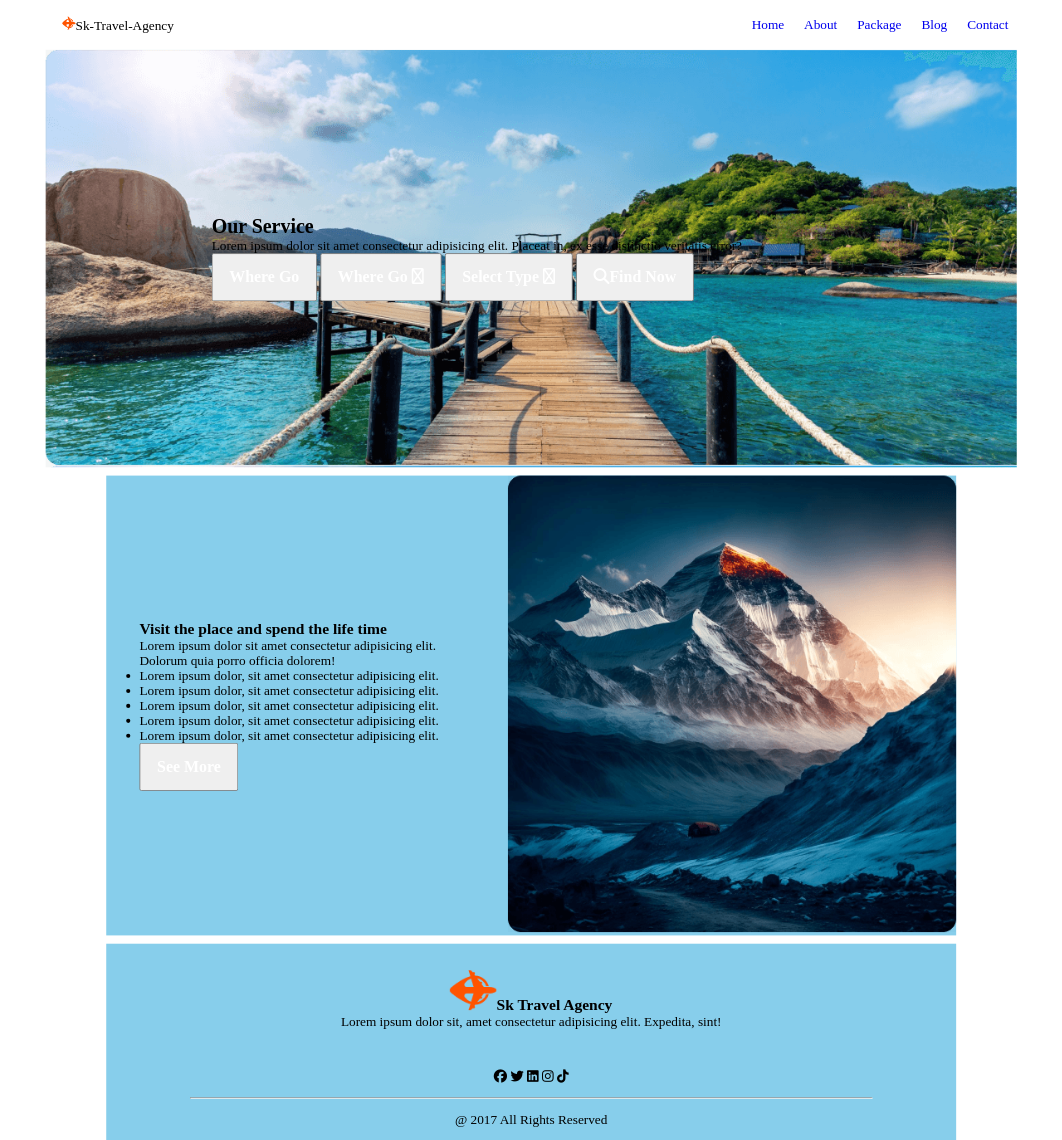
Repository: sumonkumarsarkar/Sk-Travel-Agency-
Page: index.html
The author's editor kept a copy of each file at every save. The page is drawn from the files as they stood at one save, then again after the next save.
The browser window is 1280 px wide. The pictures show the whole page, at 83% of full size.

Above is the page before, as saved 2024-01-17 05:43:52.

After the next save:
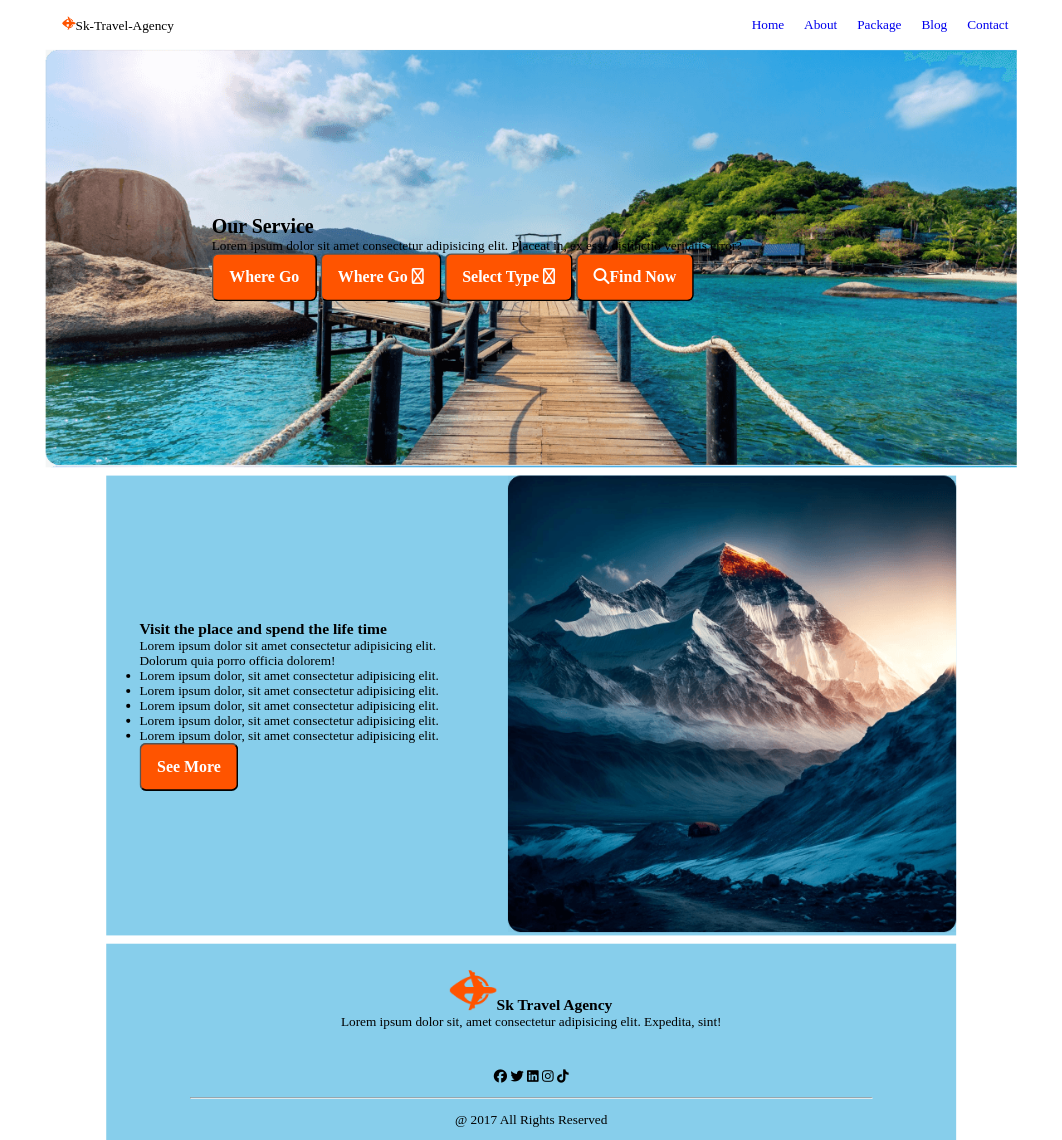
Saved 26 s later.
--- a/style.css
+++ b/style.css
@@ -24,7 +24,8 @@
 font-style: normal;
 font-weight: 800;
 padding: 1rem 1.2rem;
-background: ;
+border-radius:.5rem;
+background: #FF5400;
 
 }
 
